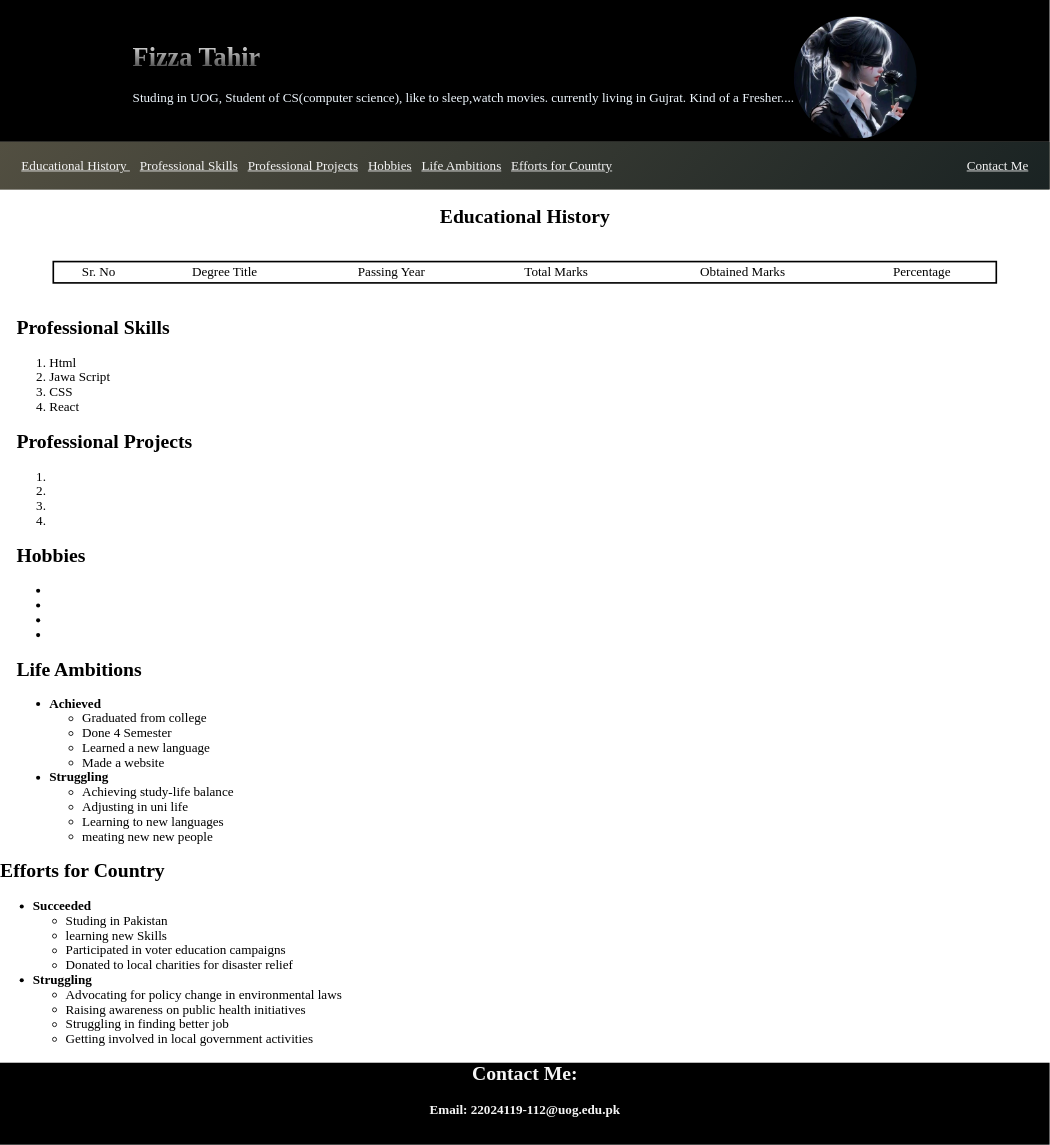
Repository: Fizza-112/project
Page: /
These files come from the project's save history. The page is drawn as it stood at one moment and after the next save; the edit follows.
The browser window is 1280 px wide. The pictures show the whole page, at 82% of full size.
The project was rebuilt for these pictures with package versions that can differ from the ones it lists, and the page was loaded fresh each time. Also part of the build but not shown: vite.config.ts.

Above is the page before, as saved 2024-09-16 10:02:27.

After the next save:
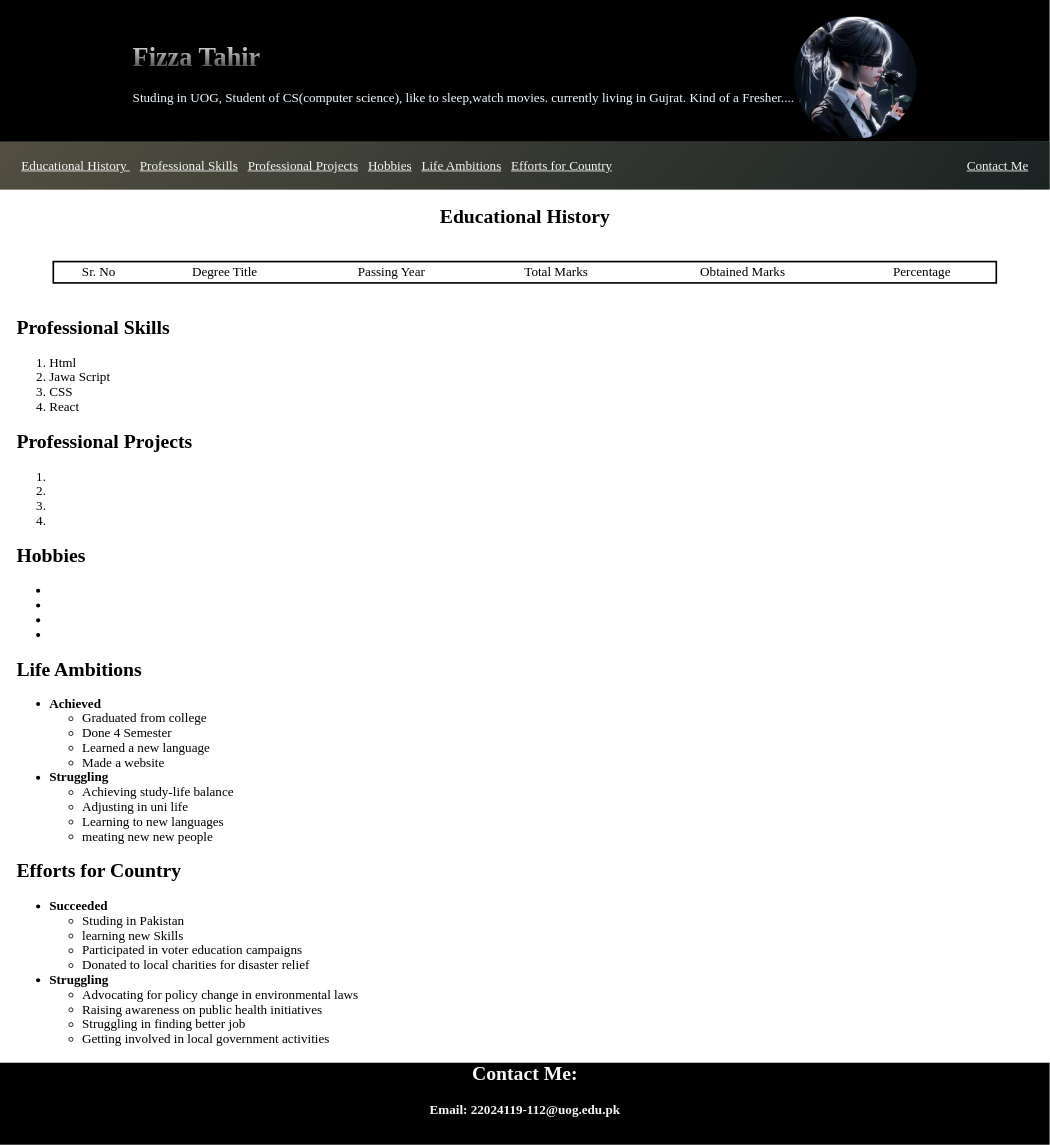
Saved 13 s later.
--- a/src/App.css
+++ b/src/App.css
@@ -73,7 +73,7 @@ table{
 #life-ambitions{
   margin-left: 20px;
 }
-#{
+#efforts-for-country{
   margin-left: 20px;
 }
 #footer{
